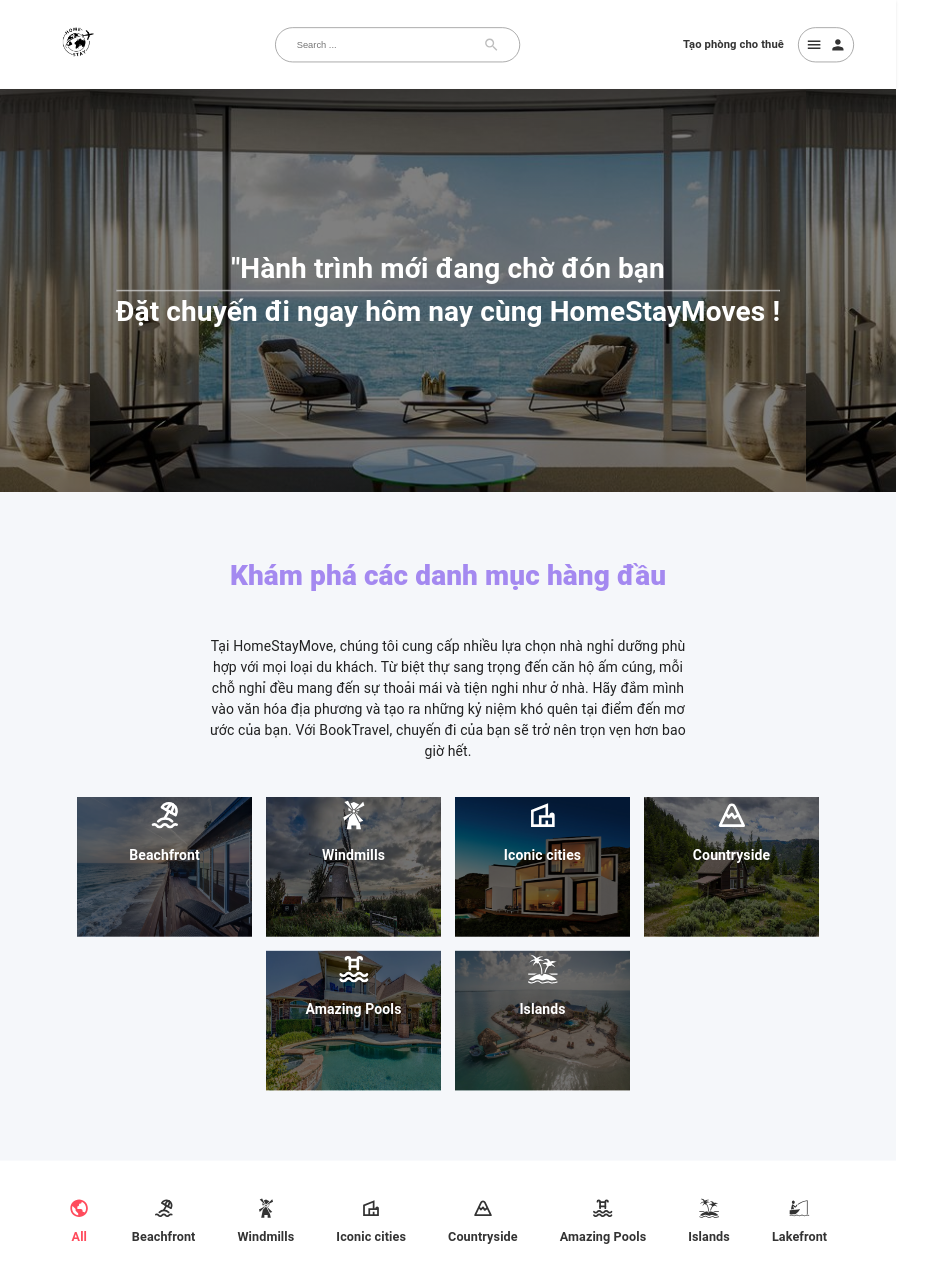
Repository: minhquang203/Homestay
Page: / (app in client/)
An editor plug-in stored every save of this project. The page is shown before and after the next save, followed by the edit.
The browser window is 1280 px wide. The page is 1342 px wide, so the pictures cover 1342 px, including what lies to the right of the window. The pictures show the part of the page from y = 0 to 1840 px (the page is 2879 px tall), at 70% of full size.
The page's requests for data from a server got no answer. The project was rebuilt for these pictures with package versions that can differ from the ones it lists, and the page was loaded fresh each time. No one was signed in, and anything a server would have sent is missing. Also part of the build but not shown: client/src/styles/ListingCard.scss, client/src/components/ListingCard.jsx, client/src/styles/variable.scss, client/src/styles/List.scss, client/src/pages/CategoryPage.jsx, client/src/styles/CreateListing.scss, client/src/pages/CreateListing.jsx, client/src/styles/ListingDetails.scss and 17 more.

Above is the page before, as saved 2024-12-09 19:40:39.

After the next save:
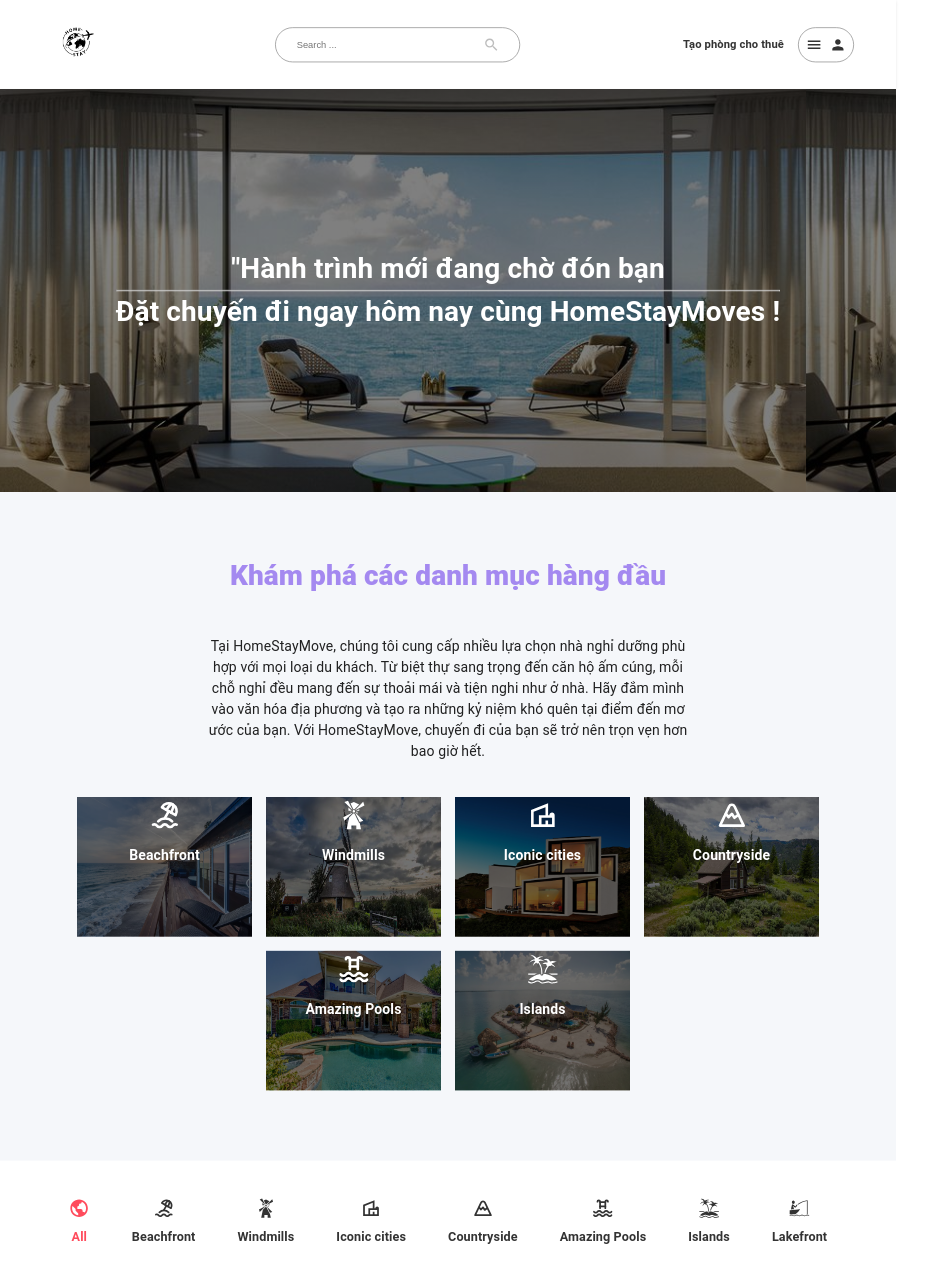
Saved 24 h 32 min later.
--- a/client/src/components/Categories.jsx
+++ b/client/src/components/Categories.jsx
@@ -11,7 +11,7 @@
         với mọi loại du khách. Từ biệt thự sang trọng đến căn hộ ấm cúng, mỗi
         chỗ nghỉ đều mang đến sự thoải mái và tiện nghi như ở nhà. Hãy đắm mình
         vào văn hóa địa phương và tạo ra những kỷ niệm khó quên tại điểm đến mơ
-        ước của bạn. Với BookTravel, chuyến đi của bạn sẽ trở nên trọn vẹn hơn
+        ước của bạn. Với HomeStayMove, chuyến đi của bạn sẽ trở nên trọn vẹn hơn
         bao giờ hết.
       </p>
 
